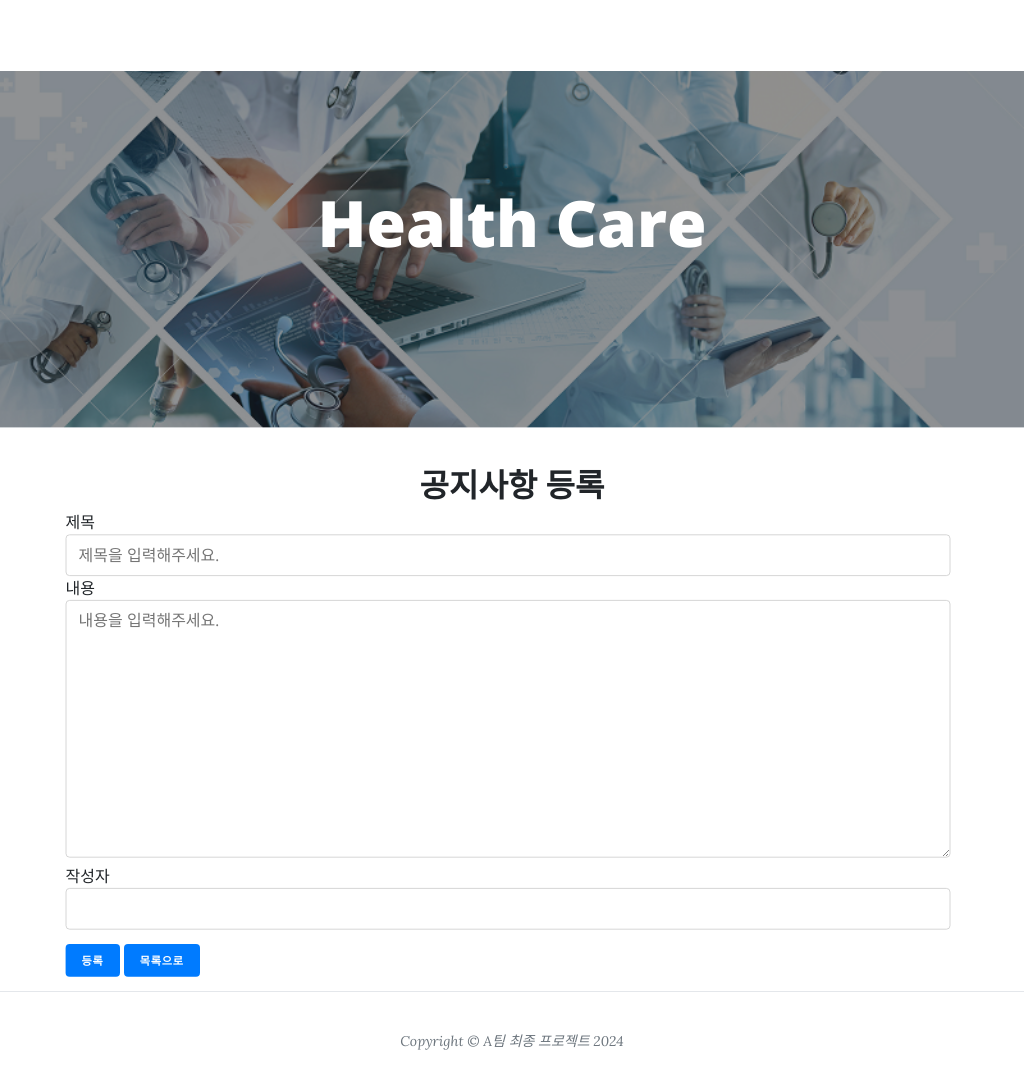
Repository: honsb91/project
Page: http://localhost/hospital/WEB-INF/views/board/notwriter.jsp
The author's editor kept a copy of each file at every save. The page is drawn from the files as they stood at one save, then again after the next save.
The browser window is 1280 px wide. The pictures show the whole page, at 80% of full size.
Some web libraries are served in a nearby version. The page is served by Tomcat 9. Nobody is signed in. Other server files are loaded and not shown. The template is opened directly, without the code that normally fills it, so the values that code supplies are empty.

Above is the page before, as saved 2024-02-07 03:27:39.

### hospital/src/main/webapp/WEB-INF/views/board/notwriter.jsp
<%@ page language="java" contentType="text/html; charset=UTF-8"
    pageEncoding="UTF-8"%>
<!DOCTYPE html>
<html>
<head>
<meta charset="UTF-8">
<title>Insert title here</title>
</head>
<link rel="stylesheet" href="/resources/css/board/notwriter.css">
<script src="https://ajax.googleapis.com/ajax/libs/jquery/3.3.1/jquery.min.js"></script>
<body>
<jsp:include page="/WEB-INF/views/include/header.jsp"/>
<h1>공지사항 등록</h1>
<form id="notice_form" action="/board/notwriter" method="post">
<div class="container">
    <div class="form-container">
        <div class="menu">제목</div>
           <input type="text" name="notice_title" class="notice-subject" placeholder=" 제목을 입력해주세요.">
    </div>
    <div class="form-container">
        <div class="menu">내용</div>
           <textarea name="notice_content" cols="30" rows="10" placeholder=" 내용을 입력해주세요." class="content"></textarea>
    </div>
    <div class="form-container">
        <div class="menu">작성자</div>
        <input type="text" name="notice_writer" id="writer" class="notice-subject">
    </div>
    <div class="button-container">
    <button type="submit" class="btn">등록</button>
    <button type="button" class="btn" id="notice_list">목록으로</button>
    </div>
    </div>
</form>
<jsp:include page="/WEB-INF/views/include/footer.jsp"/>
</body>
<script>
$(document).ready(function(){
    $("#notice_list").click(function(){
        // 목록 페이지로 이동
        window.location.href = "/board/notice";
    });
});
</script>
</html>

### hospital/src/main/webapp/WEB-INF/views/include/header.jsp
<%@ page language="java" contentType="text/html; charset=UTF-8"
	pageEncoding="UTF-8"%>
<%@ taglib prefix="c" uri="http://java.sun.com/jsp/jstl/core"%>
<meta charset="UTF-8">`
<title>Insert title here</title>
<head>
<meta charset="utf-8" />
<meta name="viewport" content="width=device-width, initial-scale=1, shrink-to-fit=no" />
<meta name="description" content="" />
<meta name="author" content="" />
<link rel="icon" type="image/x-icon" href="/resources/assets/favicon.ico" />
<script src="https://use.fontawesome.com/releases/v6.3.0/js/all.js" crossorigin="anonymous"></script>
<link href="https://fonts.googleapis.com/css?family=Lora:400,700,400italic,700italic" rel="stylesheet" type="text/css" />
<link href="https://fonts.googleapis.com/css?family=Open+Sans:300italic,400italic,600italic,700italic,800italic,400,300,600,700,800"
	rel="stylesheet" type="text/css" />
<link href="/resources/css/styles.css" rel="stylesheet" />
</head>
<body>
	<!-- Navigation-->
	<nav class="navbar navbar-expand-lg navbar-light" id="mainNav">
		<div class="container px-4 px-lg-5">
			<a class="navbar-brand" href="/main">Health Care</a>
			<button class="navbar-toggler" type="button"
				data-bs-toggle="collapse" data-bs-target="#navbarResponsive"
				aria-controls="navbarResponsive" aria-expanded="false"
				aria-label="Toggle navigation">
				Menu <i class="fas fa-bars"></i>
			</button>
			<div class="collapse navbar-collapse" id="navbarResponsive">
				<ul class="navbar-nav ms-auto py-4 py-lg-0 ">
    				<li class="nav-item"><a class="nav-link px-lg-3 py-3 py-lg-4" href="/main">Home</a></li>
    				<!-- 관리자로 로그인시 faq 와 공지사항은 안보이게 처리-->
    				<c:if test="${empty admin}">
    					<li class="nav-item"><a class="nav-link px-lg-3 py-3 py-lg-4" href="<c:url value='/board/faq'/>">FAQ</a></li>
    					<li class="nav-item"><a class="nav-link px-lg-3 py-3 py-lg-4" href="<c:url value='/board/notice'/>">공지사항</a></li>
    					<li class="nav-item"><a class="nav-link px-lg-3 py-3 py-lg-4" href="<c:url value='/board/qsboard'/>">질문게시판</a></li>
    				</c:if>

    				<c:if test="${empty patient and empty admin}">
        			<!-- 로그인 안 된 경우 -->
        				<li class="nav-item"><a class="nav-link px-lg-3 py-3 py-lg-4" href="<c:url value='/member/login'/>">로그인</a></li>
        				<li class="nav-item"><a class="nav-link px-lg-3 py-3 py-lg-4" href="<c:url value='/admin/login'/>">관리자 로그인</a></li>
        				<li class="nav-item"><a class="nav-link px-lg-3 py-3 py-lg-4" href="<c:url value='/member/join'/>">회원가입</a></li>
    				</c:if>

    				<c:if test="${not empty patient}">
        			<!-- 일반 회원으로 로그인된 경우 -->
        				<li class="nav-item"><a class="nav-link px-lg-3 py-3 py-lg-4" href="<c:url value='/member/logout'/>">로그아웃</a></li>
    				</c:if>

    				<c:if test="${not empty admin}">
        			<!-- 관리자로 로그인된 경우 -->
        				<li class="nav-item"><a class="nav-link px-lg-3 py-3 py-lg-4" href="<c:url value='/board/patient'/>">환자정보 관리</a></li>
        				<li class="nav-item"><a class="nav-link px-lg-3 py-3 py-lg-4" href="<c:url value='/board/faq'/>">FAQ 관리</a></li>
        				<li class="nav-item"><a class="nav-link px-lg-3 py-3 py-lg-4" href="<c:url value='/board/notice'/>">공지사항 관리</a></li>
        				<li class="nav-item"><a class="nav-link px-lg-3 py-3 py-lg-4" href="<c:url value='/admin/logout'/>">로그아웃</a></li>
    				</c:if>
				</ul>
			</div>
		</div>
	</nav>
	<!-- Page Header-->
	<header class="masthead" style="background-image: url('/resources/assets/img/test4.png')">
		<div class="container position-relative px-4 px-lg-5">
			<div class="row gx-4 gx-lg-5 justify-content-center">
				<div class="col-md-10 col-lg-8 col-xl-7">
					<div class="site-heading">
						<h1>Health Care</h1>
					</div>
				</div>
			</div>
		</div>
	</header>

### hospital/src/main/webapp/WEB-INF/views/include/footer.jsp
<%@ page language="java" contentType="text/html; charset=UTF-8"
    pageEncoding="UTF-8"%>
<!DOCTYPE html>
<html>
<head>
<meta charset="UTF-8">
<title>Insert title here</title>
</head>
<body>
<footer class="border-top">
		<div class="container px-4 px-lg-5">
			<div class="row gx-4 gx-lg-5 justify-content-center">
				<div class="col-md-10 col-lg-8 col-xl-7">
					<div class="small text-center text-muted fst-italic">Copyright
						&copy; A팀 최종 프로젝트 2024</div>
				</div>
			</div>
		</div>
	</footer>
	<!-- Bootstrap core JS-->
	<script
		src="https://cdn.jsdelivr.net/npm/bootstrap@5.2.3/dist/js/bootstrap.bundle.min.js"></script>
	<!-- Core theme JS-->
	<script src="js/scripts.js"></script>
</body>
</html>

### hospital/src/main/webapp/resources/css/board/notwriter.css

h1 {
    text-align: center;
}

/* form {
    max-width: 4000px;
    margin: 0 auto;
} */

input[type="text"],
textarea {
    width: calc(100% - 10px);
    padding: 10px;
    border-radius: 5px;
    border: 1px solid #ccc;
}

button.btn {
    padding: 10px 20px;
    background-color: #007bff;
    color: #fff;
    border: none;
    border-radius: 5px;
    cursor: pointer;
    margin-top: 18px;
    margin-bottom: 18px;

}

### hospital/src/main/webapp/resources/js/scripts.js
/*!
* Start Bootstrap - Clean Blog v6.0.9 (https://startbootstrap.com/theme/clean-blog)
* Copyright 2013-2023 Start Bootstrap
* Licensed under MIT (https://github.com/StartBootstrap/startbootstrap-clean-blog/blob/master/LICENSE)
*/
window.addEventListener('DOMContentLoaded', () => {
    let scrollPos = 0;
    const mainNav = document.getElementById('mainNav');
    const headerHeight = mainNav.clientHeight;
    window.addEventListener('scroll', function() {
        const currentTop = document.body.getBoundingClientRect().top * -1;
        if ( currentTop < scrollPos) {
            // Scrolling Up
            if (currentTop > 0 && mainNav.classList.contains('is-fixed')) {
                mainNav.classList.add('is-visible');
            } else {
                console.log(123);
                mainNav.classList.remove('is-visible', 'is-fixed');
            }
        } else {
            // Scrolling Down
            mainNav.classList.remove(['is-visible']);
            if (currentTop > headerHeight && !mainNav.classList.contains('is-fixed')) {
                mainNav.classList.add('is-fixed');
            }
        }
        scrollPos = currentTop;
    });
})

Loaded but not shown: hospital/src/main/webapp/resources/css/styles.css (library)

After the next save:
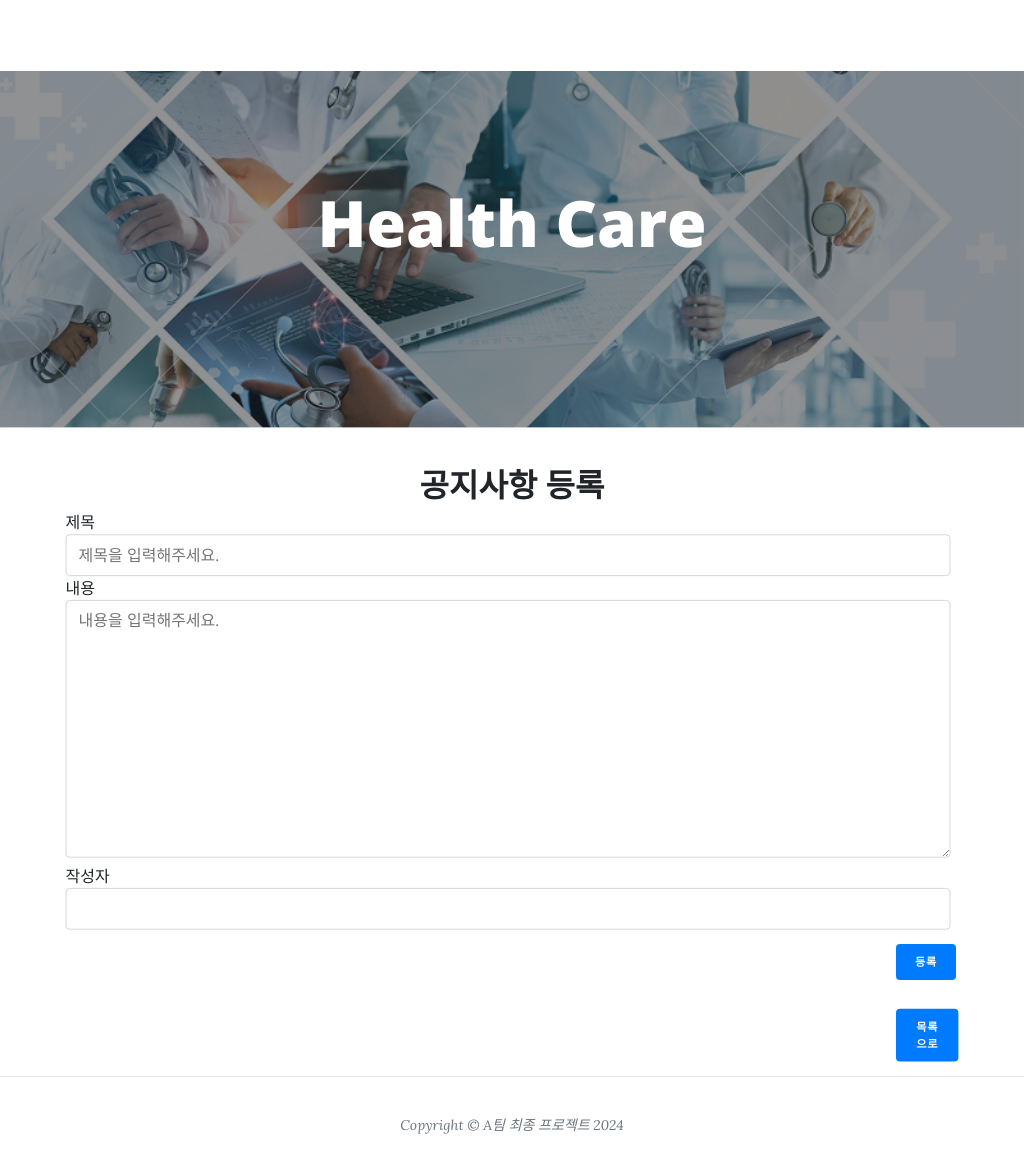
Saved 117 s later.
--- a/hospital/src/main/webapp/resources/css/board/notwriter.css
+++ b/hospital/src/main/webapp/resources/css/board/notwriter.css
@@ -17,7 +17,7 @@ textarea {
 }
 
 button.btn {
-    padding: 10px 20px;
+    padding: 12px 24px;
     background-color: #007bff;
     color: #fff;
     border: none;
@@ -25,5 +25,5 @@ button.btn {
     cursor: pointer;
     margin-top: 18px;
     margin-bottom: 18px;
-
+    margin-left: 93%;
 }
